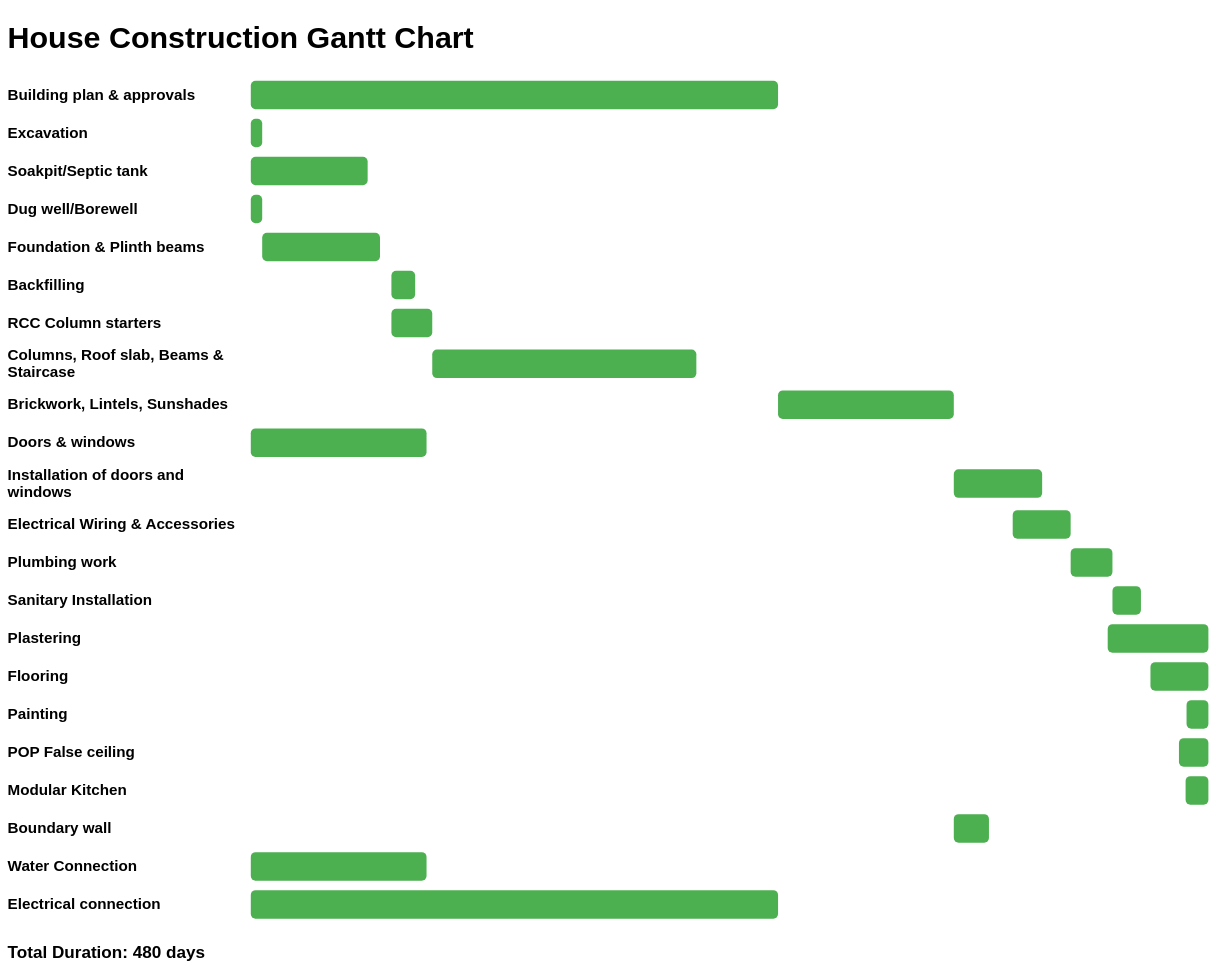
Repository: Madhava-IT-Solutions/yaminikollumittasks
Page: CONSTRUCTION DURATION/DURATION/duaration.html
These files come from the project's save history. The page is drawn as it stood at one moment and after the next save; the edit follows.
The browser window is 1280 px wide. The pictures show the whole page, at 95% of full size.

Above is the page before, as saved 2024-12-22 16:13:53.

### CONSTRUCTION DURATION/DURATION/duaration.html
<!DOCTYPE html>
<html lang="en">
<head>
    <meta charset="UTF-8">
    <meta name="viewport" content="width=device-width, initial-scale=1.0">
    <title>House Construction Gantt Chart</title>
    <style>
        body {
            font-family: Arial, sans-serif;
        }
        .gantt-chart {
            display: flex;
            flex-direction: column;
            width: 100%;
            margin: 20px 0;
        }
        .task {
            display: flex;
            align-items: center;
            margin: 5px 0;
            cursor: pointer;
        }
        .task-name {
            width: 250px;
            font-weight: bold;
        }
        .bar {
            height: 30px;
            background-color: #4caf50;
            margin-left: 10px;
            border-radius: 5px;
            transition: background-color 0.3s ease;
        }
        .bar:hover {
            background-color: #45a049;
        }
        .total-duration {
            margin-top: 20px;
            font-size: 18px;
            font-weight: bold;
        }
    </style>
</head>
<body>
    <h1>House Construction Gantt Chart</h1>
    <div class="gantt-chart" id="gantt"></div>
    <div class="total-duration" id="totalDuration"></div>

    <script>
        const tasks = [
            { name: 'Building plan & approvals', start: 1, duration: 90 },
            { name: 'Excavation', start: 1, duration: 2 },
            { name: 'Soakpit/Septic tank', start: 1, duration: 20 },
            { name: 'Dug well/Borewell', start: 1, duration: 2 },
            { name: 'Foundation & Plinth beams', start: 3, duration: 20 },
            { name: 'Backfilling', start: 25, duration: 4 },
            { name: 'RCC Column starters', start: 25, duration: 7 },
            { name: 'Columns, Roof slab, Beams & Staircase', start: 32, duration: 45 },
            { name: 'Brickwork, Lintels, Sunshades', start: 91, duration: 30 },
            { name: 'Doors & windows', start: 1, duration: 30 },
            { name: 'Installation of doors and windows', start: 121, duration: 15 },
            { name: 'Electrical Wiring & Accessories', start: 131, duration: 10 },
            { name: 'Plumbing work', start: 141, duration: 7 },
            { name: 'Sanitary Installation', start: 148, duration: 5 },
            { name: 'Plastering', start: 153, duration: 20 },
            { name: 'Flooring', start: 173, duration: 18 },
            { name: 'Painting', start: 191, duration: 15 },
            { name: 'POP False ceiling', start: 171, duration: 7 },
            { name: 'Modular Kitchen', start: 179, duration: 7 },
            { name: 'Boundary wall', start: 121, duration: 6 },
            { name: 'Water Connection', start: 1, duration: 30 },
            { name: 'Electrical connection', start: 1, duration: 90 }
        ];

        const chartContainer = document.getElementById('gantt');
        const totalDurationElement = document.getElementById('totalDuration');
        const maxDays = 205;
        let totalDays = 0;

        tasks.forEach(task => {
            const taskElement = document.createElement('div');
            taskElement.classList.add('task');

            const taskName = document.createElement('div');
            taskName.classList.add('task-name');
            taskName.textContent = task.name;

            const bar = document.createElement('div');
            bar.classList.add('bar');
            bar.style.width = `${(task.duration / maxDays) * 100}%`;
            bar.style.marginLeft = `${(task.start / maxDays) * 100}%`;
            bar.dataset.duration = task.duration;

            bar.addEventListener('click', () => {
                alert(`${task.name} - Duration: ${task.duration} days`);
            });

            taskElement.appendChild(taskName);
            taskElement.appendChild(bar);
            chartContainer.appendChild(taskElement);

            totalDays += task.duration;
        });

        totalDurationElement.textContent = `Total Duration: ${totalDays} days`;
    </script>
</body>
</html>

After the next save:
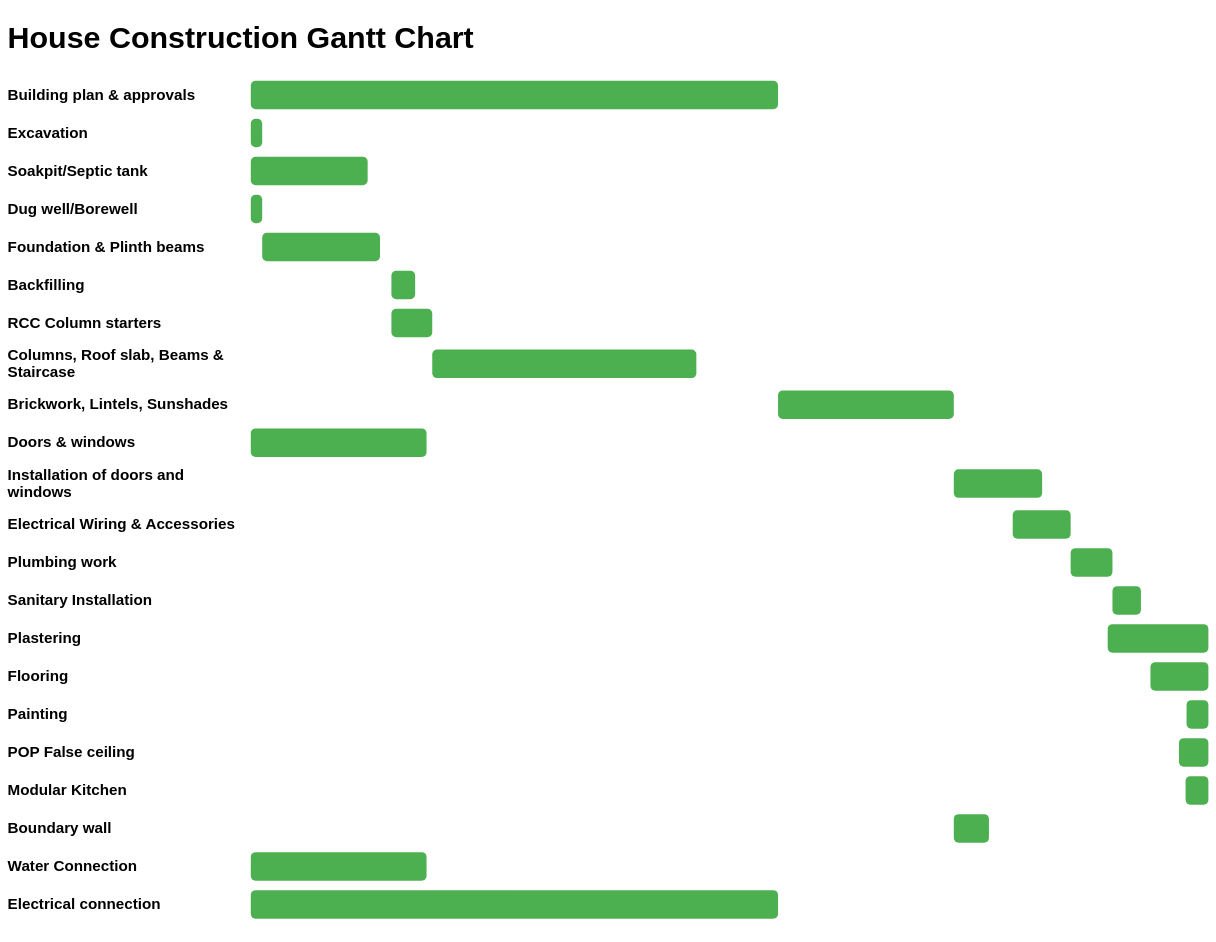
Saved 15 s later.
--- a/CONSTRUCTION DURATION/DURATION/duaration.html
+++ b/CONSTRUCTION DURATION/DURATION/duaration.html
@@ -18,7 +18,6 @@
             display: flex;
             align-items: center;
             margin: 5px 0;
-            cursor: pointer;
         }
         .task-name {
             width: 250px;
@@ -29,22 +28,12 @@
             background-color: #4caf50;
             margin-left: 10px;
             border-radius: 5px;
-            transition: background-color 0.3s ease;
-        }
-        .bar:hover {
-            background-color: #45a049;
-        }
-        .total-duration {
-            margin-top: 20px;
-            font-size: 18px;
-            font-weight: bold;
         }
     </style>
 </head>
 <body>
     <h1>House Construction Gantt Chart</h1>
     <div class="gantt-chart" id="gantt"></div>
-    <div class="total-duration" id="totalDuration"></div>
 
     <script>
         const tasks = [
@@ -73,9 +62,7 @@
         ];
 
         const chartContainer = document.getElementById('gantt');
-        const totalDurationElement = document.getElementById('totalDuration');
         const maxDays = 205;
-        let totalDays = 0;
 
         tasks.forEach(task => {
             const taskElement = document.createElement('div');
@@ -89,20 +76,11 @@
             bar.classList.add('bar');
             bar.style.width = `${(task.duration / maxDays) * 100}%`;
             bar.style.marginLeft = `${(task.start / maxDays) * 100}%`;
-            bar.dataset.duration = task.duration;
-
-            bar.addEventListener('click', () => {
-                alert(`${task.name} - Duration: ${task.duration} days`);
-            });
 
             taskElement.appendChild(taskName);
             taskElement.appendChild(bar);
             chartContainer.appendChild(taskElement);
-
-            totalDays += task.duration;
         });
-
-        totalDurationElement.textContent = `Total Duration: ${totalDays} days`;
     </script>
 </body>
 </html>
